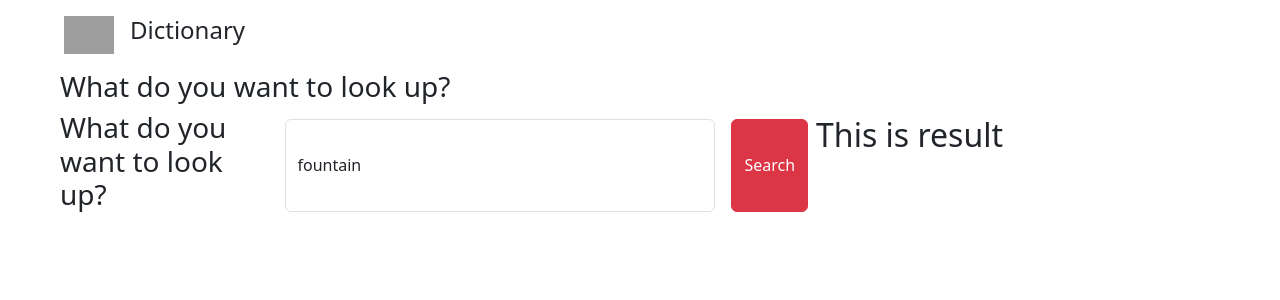
Repository: moehaymanmyint/react-dictionary-app
Page: /
An editor plug-in stored every save of this project. The page is shown before and after the next save, followed by the edit.
The browser window is 1280 px wide. The pictures show the whole page.
Pictures or frames that could not be fetched are drawn as grey boxes. The page's requests for data from a server got no answer. The project was rebuilt for these pictures with package versions that can differ from the ones it lists, and the page was loaded fresh each time. No one was signed in, and anything a server would have sent is missing.

Above is the page before, as saved 2024-08-28 10:43:48.

After the next save:
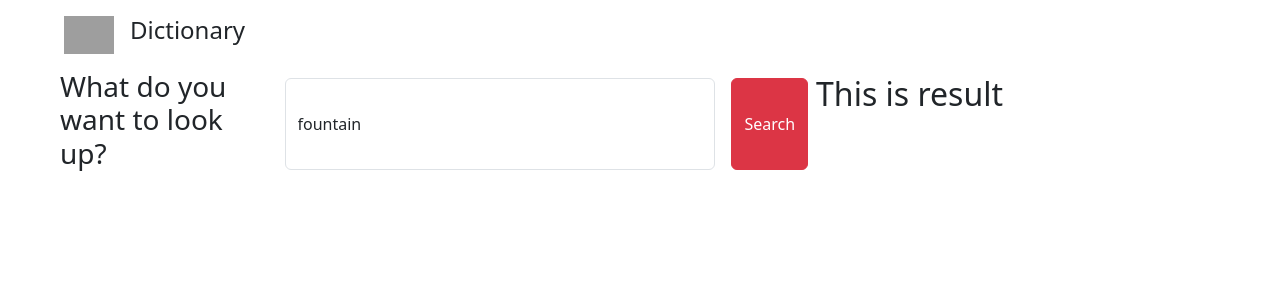
Saved 9 s later.
--- a/src/App.js
+++ b/src/App.js
@@ -15,7 +15,6 @@ function App() {
       <div className='container d-flex m-3 mx-5'>
         {/* Header */}
         <div className="header">
-          <h3>What do you want to look up?</h3>
           <Search />
         </div>
 
